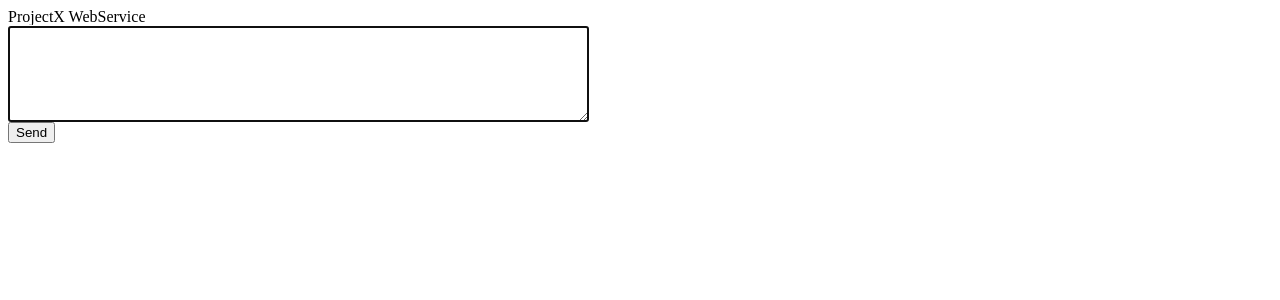
Repository: Aubtin/ProjectX2
Page: http://localhost/ProjectXWeb/
The author's editor kept a copy of each file at every save. The page is drawn from the files as they stood at one save, then again after the next save.
The browser window is 1280 px wide. The pictures show the whole page.
The page is served by Tomcat 9.

Above is the page before, as saved 2015-06-30 07:31:02.

### ProjectXWeb/WebContent/index.jsp
<%@ page language="java" contentType="text/html; charset=ISO-8859-1"
    pageEncoding="ISO-8859-1"%>
<!DOCTYPE html PUBLIC "-//W3C//DTD HTML 4.01 Transitional//EN" "http://www.w3.org/TR/html4/loose.dtd">
<html>
<head>
<meta http-equiv="Content-Type" content="text/html; charset=ISO-8859-1">
<title>ProjectX Web Service</title>
ProjectX WebService
</head>
<body>
<form action = "ProjectXServlet">
	<textarea rows="6" cols="70" name="myText" autofocus="true"></textarea>
	<br>
	<input type="Submit" value="Send"/>
</form>

</body>
</html>

After the next save:
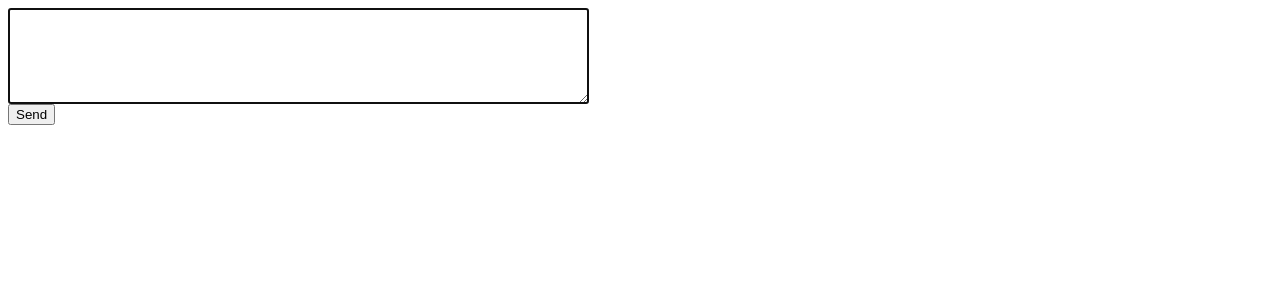
Saved 14 s later.
--- a/ProjectXWeb/WebContent/index.jsp
+++ b/ProjectXWeb/WebContent/index.jsp
@@ -5,7 +5,6 @@
 <head>
 <meta http-equiv="Content-Type" content="text/html; charset=ISO-8859-1">
 <title>ProjectX Web Service</title>
-ProjectX WebService
 </head>
 <body>
 <form action = "ProjectXServlet">
